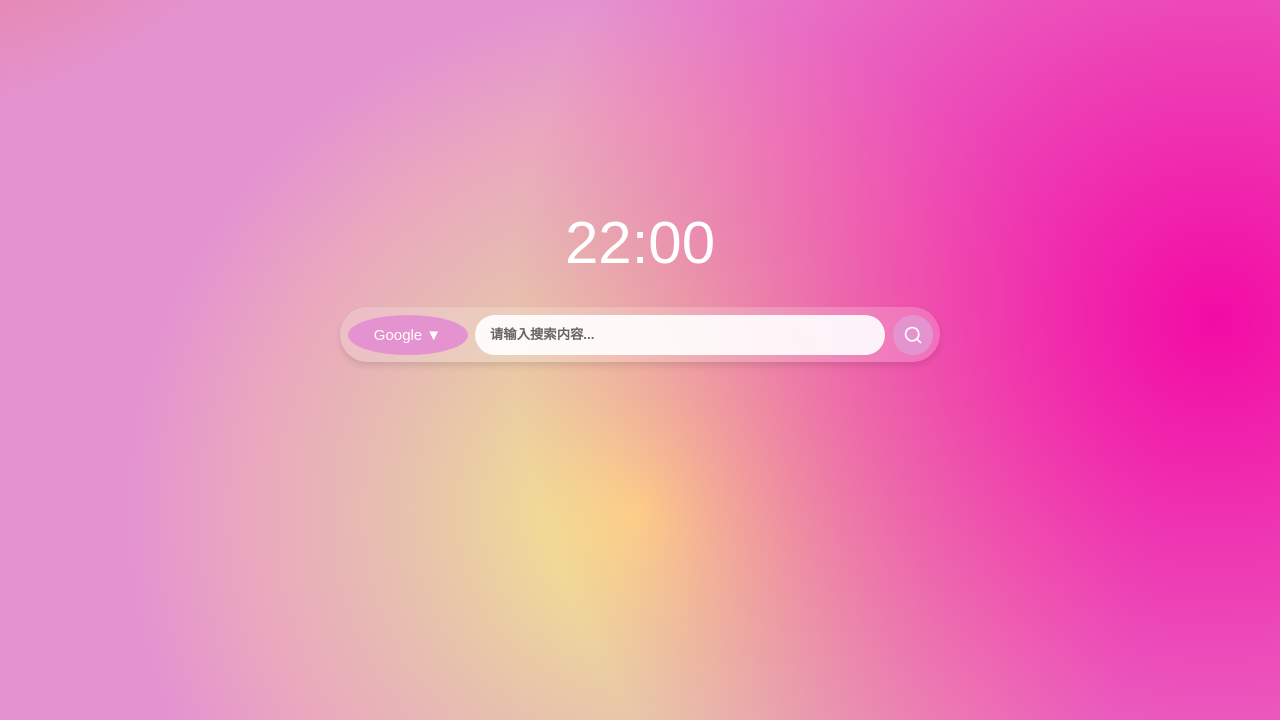
Repository: RADEKWRLD/NaviR
Page: index.html
The author's editor kept a copy of each file at every save. The page is drawn from the files as they stood at one save, then again after the next save.
The browser window is 1280 px wide. The pictures show the whole page.

Above is the page before, as saved 2025-05-23 22:43:39.
Console error: TypeError: Cannot read properties of null (reading 'appendChild')

### index.html
<!DOCTYPE html>
<html lang="en">
<head>
    <meta charset="UTF-8">
    <meta name="viewport" content="width=device-width, initial-scale=1.0">
    <title>Document</title>
    <link rel="stylesheet" href="style.css">
</head>
<body>
    <div id="main">
        <div id="clock"><span>00:00</span></div>

        <div class="search-container">
            <form id="search-form">
                <div class="engine-dropdown">
                    <button type="button" id="engine-btn" class="engine-btn">Google ▼</button>
                    <ul id="engine-menu" class="engine-menu">
                        <li data-value="Google">
                            <!-- Google SVG -->
                            <svg width="20" height="20" viewBox="0 0 48 48"><g><path fill="#4285F4" d="M43.6 20.5H42V20H24v8h11.3C34.7 32.1 30.1 36 24 36c-6.6 0-12-5.4-12-12s5.4-12 12-12c2.7 0 5.2.9 7.2 2.4l6-6C33.5 5.1 28.1 3 24 3 12.9 3 4 11.9 4 23s8.9 20 20 20c11 0 19.7-8 19.7-20 0-1.3-.1-2.7-.3-4z"/><path fill="#34A853" d="M6.3 14.7l6.6 4.8C14.5 16.1 18.9 13 24 13c2.7 0 5.2.9 7.2 2.4l6-6C33.5 5.1 28.1 3 24 3c-7.7 0-14.2 4.4-17.7 10.7z"/><path fill="#FBBC05" d="M24 43c6.1 0 11.2-2 14.9-5.4l-6.9-5.7C30.1 36 25.5 38 24 38c-5.1 0-9.5-3.1-11.1-7.5l-6.6 5.1C9.8 39.6 16.3 43 24 43z"/><path fill="#EA4335" d="M43.6 20.5H42V20H24v8h11.3c-1.1 3.1-4.3 6-7.3 7.5l6.9 5.7C40.2 39.6 44 32.7 44 24c0-1.3-.1-2.7-.4-3.5z"/></g></svg>
                            Google
                        </li>
                        <li data-value="Bing">
                            <!-- 新 Bing SVG -->
                            <svg class="icon" width="20" height="20" viewBox="0 0 1024 1024" version="1.1" xmlns="http://www.w3.org/2000/svg">
                                <path d="M213.333333 770.986667 626.346667 546.986667 512 491.946667 442.453333 332.8 810.666667 452.266667 810.666667 631.466667 382.72 890.453333 213.333333 770.986667 213.333333 133.546667 384 192 384 618.666667 213.333333 770.986667Z"></path>
                            </svg>
                            Bing
                        </li>
                        <li data-value="百度">
                            <!-- 百度 SVG -->
                            <svg xmlns="http://www.w3.org/2000/svg" viewBox="32.482 0 961.665 1077.564" width="20" height="20">
                                <path fill="#3245DF" d="M184.682 538.759c111.177-23.874 96.03-156.737 92.702-185.776-5.445-44.768-58.102-123.02-129.606-116.831-89.98 8.074-103.126 138.052-103.126 138.052-12.17 60.08 29.132 188.452 140.03 164.555zM302.746 769.86c-3.257 9.331-10.517 33.228-4.234 54.03 12.402 46.677 52.912 48.77 52.912 48.77h58.218V730.35h-62.336c-28.016 8.354-41.535 30.157-44.56 39.51zm88.281-453.898c61.406 0 111.037-70.667 111.037-158.04C502.064 70.643 452.433 0 391.027 0c-61.312 0-111.06 70.643-111.06 157.923 0 87.373 49.77 158.04 111.06 158.04zm264.47 10.447c82.068 10.657 134.84-76.925 145.335-143.31 10.703-66.292-42.256-143.288-100.357-156.527-58.218-13.356-130.909 79.904-137.54 140.704-7.912 74.32 10.633 148.593 92.562 159.133zm201.086 390.213s-126.976-98.24-201.11-204.414C555 355.66 412.272 419.37 364.525 498.993 316.987 578.594 242.9 628.947 232.382 642.28c-10.68 13.124-153.385 90.166-121.694 230.87 31.669 140.612 142.939 137.936 142.939 137.936s81.998 8.074 177.12-13.217c95.168-21.104 177.096 5.26 177.096 5.26s222.284 74.435 283.108-68.852c60.754-143.334-34.368-217.654-34.368-217.654zM476.26 929.88H331.739c-62.406-12.449-87.257-55.03-90.398-62.29-3.072-7.376-20.802-41.604-11.425-99.845 26.968-87.257 103.87-93.516 103.87-93.516h76.926v-94.563l65.524 1V929.88zm269.146-1h-166.3c-64.453-16.614-67.455-62.407-67.455-62.407v-183.89l67.455-1.094v165.276c4.119 17.637 26.015 20.825 26.015 20.825h68.525V682.581h71.76v246.297zm235.408-490.99c0-31.76-26.387-127.394-124.23-127.394-98.008 0-111.108 90.258-111.108 154.06 0 60.894 5.142 145.894 126.883 143.195 121.788-2.7 108.455-137.936 108.455-169.86zm0 0"/>
                            </svg>
                            百度
                        </li>
                        <li data-value="必应中国">
                            <!-- 新必应中国 SVG（同 Bing） -->
                            <svg class="icon" width="20" height="20" viewBox="0 0 1024 1024" version="1.1" xmlns="http://www.w3.org/2000/svg">
                                <path d="M213.333333 770.986667 626.346667 546.986667 512 491.946667 442.453333 332.8 810.666667 452.266667 810.666667 631.466667 382.72 890.453333 213.333333 770.986667 213.333333 133.546667 384 192 384 618.666667 213.333333 770.986667Z"></path>
                            </svg>
                            必应中国
                        </li>
                        <li data-value="GitHub">
                            <!-- GitHub SVG -->
                            <svg width="20" height="20" viewBox="0 0 24 24"><path fill="#181717" d="M12 2C6.48 2 2 6.58 2 12.26c0 4.5 2.87 8.32 6.84 9.67.5.09.68-.22.68-.48 0-.24-.01-.87-.01-1.7-2.78.62-3.37-1.36-3.37-1.36-.45-1.17-1.1-1.48-1.1-1.48-.9-.63.07-.62.07-.62 1 .07 1.53 1.05 1.53 1.05.89 1.56 2.34 1.11 2.91.85.09-.66.35-1.11.63-1.37-2.22-.26-4.56-1.14-4.56-5.07 0-1.12.39-2.03 1.03-2.75-.1-.26-.45-1.3.1-2.7 0 0 .84-.28 2.75 1.05A9.38 9.38 0 0 1 12 6.84c.85.004 1.71.12 2.51.35 1.91-1.33 2.75-1.05 2.75-1.05.55 1.4.2 2.44.1 2.7.64.72 1.03 1.63 1.03 2.75 0 3.94-2.34 4.81-4.57 5.07.36.32.68.94.68 1.9 0 1.37-.01 2.47-.01 2.8 0 .27.18.58.69.48A10.01 10.01 0 0 0 22 12.26C22 6.58 17.52 2 12 2Z"/></svg>
                            GitHub
                        </li>
                        <li data-value="知乎">
                            <!-- 知乎 SVG（简化版） -->
                            <svg width="20" height="20" viewBox="0 0 48 48"><rect x="8" y="8" width="32" height="32" rx="6" fill="#0084ff"/><text x="24" y="32" text-anchor="middle" font-size="18" fill="#fff" font-family="Arial">知</text></svg>
                            知乎
                        </li>
                    </ul>
                </div>
                <input type="text" id="search-input" placeholder="请输入搜索内容...">
                <button type="submit" class="search-icon">
                    <svg xmlns="http://www.w3.org/2000/svg" width="20" height="20" viewBox="0 0 24 24" fill="none" stroke="currentColor" stroke-width="2" stroke-linecap="round" stroke-linejoin="round">
                        <circle cx="11" cy="11" r="8"></circle>
                        <line x1="21" y1="21" x2="16.65" y2="16.65"></line>
                    </svg>
                </button>
            </form>
        </div>
    </div>




    <script src="main/script.js"></script>
</body>
</html>

### style.css
:root {
    font-size: 15px;
}

body {
    font-family: 'Quicksand', sans-serif;
    margin: 0;
    min-height: 100vh;
    background-color: #e493d0;
    background-image:
        radial-gradient(closest-side, rgba(235, 105, 78, 1), rgba(235, 105, 78, 0)),
        radial-gradient(closest-side, rgba(243, 11, 164, 1), rgba(243, 11, 164, 0)),
        radial-gradient(closest-side, rgba(254, 234, 131, 1), rgba(254, 234, 131, 0)),
        radial-gradient(closest-side, rgba(170, 142, 245, 1), rgba(170, 142, 245, 0)),
        radial-gradient(closest-side, rgba(248, 192, 147, 1), rgba(248, 192, 147, 0));
    background-size:
        130vmax 130vmax,
        80vmax 80vmax,
        90vmax 90vmax,
        110vmax 110vmax,
        90vmax 90vmax;
    background-position:
        -80vmax -80vmax,
        60vmax -30vmax,
        10vmax 10vmax,
        -30vmax -10vmax,
        50vmax 50vmax;
    background-repeat: no-repeat;
    animation: 10s movement linear infinite;
}

@keyframes movement {
    0%, 100% {
        background-size:
            130vmax 130vmax,
            80vmax 80vmax,
            90vmax 90vmax,
            110vmax 110vmax,
            90vmax 90vmax;
        background-position:
            -80vmax -80vmax,
            60vmax -30vmax,
            10vmax 10vmax,
            -30vmax -10vmax,
            50vmax 50vmax;
    }
    25% {
        background-size:
            100vmax 100vmax,
            90vmax 90vmax,
            100vmax 100vmax,
            90vmax 90vmax,
            60vmax 60vmax;
        background-position:
            -60vmax -90vmax,
            50vmax -40vmax,
            0vmax -20vmax,
            -40vmax -20vmax,
            40vmax 60vmax;
    }
    50% {
        background-size:
            80vmax 80vmax,
            110vmax 110vmax,
            80vmax 80vmax,
            60vmax 60vmax,
            80vmax 80vmax;
        background-position:
            -50vmax -70vmax,
            40vmax -30vmax,
            10vmax 0vmax,
            20vmax 10vmax,
            30vmax 70vmax;
    }
    75% {
        background-size:
            90vmax 90vmax,
            90vmax 90vmax,
            100vmax 100vmax,
            90vmax 90vmax,
            70vmax 70vmax;
        background-position:
            -50vmax -40vmax,
            50vmax -30vmax,
            20vmax 0vmax,
            -10vmax 10vmax,
            40vmax 60vmax;
    }
}

#main{
    transition: all 0.3s ease;
    transform: translateY(-5rem);
    display: flex;
    flex-direction: column;
    align-items: center;
    justify-content: center;
    height: 100vh;
}

#clock{
    font-size: 4rem;
    color: #fff;
}

.search-container {
    margin-top: 2rem;
    width: 100%;
    max-width: 600px;
    padding: 0 1rem;
}

#search-form {
    display: flex;
    gap: 0.5rem;
    background: rgba(255, 255, 255, 0.2);
    padding: 0.5rem;
    border-radius: 50px;
    backdrop-filter: blur(10px);
    box-shadow: 0 4px 6px rgba(0, 0, 0, 0.1);
}

.search-engine {
    padding: 0.5rem 1rem;
    border: none;
    border-radius: 25px;
    background: rgba(255, 255, 255, 0.9);
    color: #333;
    font-family: 'Quicksand', sans-serif;
    cursor: pointer;
    outline: none;
    appearance: none;
    -webkit-appearance: none;
    -moz-appearance: none;
    background-image: url("data:[embedded picture, 252 characters]");
    background-repeat: no-repeat;
    background-position: right 0.7rem center;
    background-size: 1em;
    padding-right: 2.5rem;
    min-width: 120px;
    transition: all 0.3s ease;
}

.search-engine:hover {
    background-color: rgba(255, 255, 255, 1);
    box-shadow: 0 2px 4px rgba(0, 0, 0, 0.1);
}

.search-engine:focus {
    box-shadow: 0 0 0 2px rgba(228, 147, 208, 0.3);
}

/* 自定义下拉选项样式 */
.search-engine option {
    background: white;
    color: #333;
    padding: 0.8rem;
    font-family: 'Quicksand', sans-serif;
}

/* 为不同浏览器添加样式支持 */
.search-engine::-ms-expand {
    display: none;
}

#search-input {
    flex: 1;
    padding: 0.5rem 1rem;
    border: none;
    border-radius: 25px;
    background: rgba(255, 255, 255, 0.9);
    color: #333;
    font-family: 'Quicksand', sans-serif;
    outline: none;
}

#search-input::placeholder {
    color: #666;
    font-weight: bolder;
}

#search-form button {
    padding: 0.5rem;
    border: none;
    border-radius: 50%;
    background: #e493d0;
    color: white;
    font-family: 'Quicksand', sans-serif;
    cursor: pointer;
    transition: all 0.3s ease;
    display: flex;
    align-items: center;
    justify-content: center;
    width: 40px;
    height: 40px;
}

#search-form button:hover {
    background: #d17dbd;
    transform: scale(1.05);
}

#search-form button svg {
    width: 20px;
    height: 20px;
}

.engine-dropdown {
    position: relative;
}

.engine-btn {
    padding: 0.5rem 1.5rem;
    border: none;
    border-radius: 25px;
    background: rgba(255, 255, 255, 0.9);
    color: #333;
    font-family: 'Quicksand', sans-serif;
    cursor: pointer;
    outline: none;
    min-width: 120px;
    font-size: 1rem;
    height: 40px;
    display: flex;
    align-items: center;
    justify-content: center;
    transition: background 0.2s;
}

.engine-btn:hover, .engine-btn:focus {
    background: #fff;
    box-shadow: 0 2px 4px rgba(0,0,0,0.08);
}

.engine-menu {
    display: none;
    position: absolute;
    top: 110%;
    left: 0;
    z-index: 10;
    background: #fff;
    border-radius: 16px;
    box-shadow: 0 8px 24px rgba(0,0,0,0.12);
    list-style: none;
    margin: 0;
    padding: 0.5rem 0;
    min-width: 140px;
    font-family: 'Quicksand', sans-serif;
}

.engine-menu.show {
    display: block;
}

.engine-menu li {
    padding: 0.6rem 1.2rem;
    cursor: pointer;
    transition: background 0.2s;
    color: #333;
    border: none;
    background: none;
    font-size: 1rem;
}

.engine-menu li:hover {
    background: #e493d0;
    color: #fff;
}

.engine-menu li svg {
    margin-right: 0.5em;
    vertical-align: middle;
}

### main/script.js
//更新时间
function updateTime() {
    const now = new Date();
    const hours = String(now.getHours()).padStart(2, '0');
    const minutes = String(now.getMinutes()).padStart(2, '0');
    const timeString = `${hours}:${minutes}`;
    document.getElementById('clock').textContent = timeString;
}

// 搜索引擎配置
const searchEngines = {
    google: {
        name: 'Google',
        url: 'https://www.google.com/search?q='
    },
    bing: {
        name: 'Bing',
        url: 'https://www.bing.com/search?q='
    },
    baidu: {
        name: '百度',
        url: 'https://www.baidu.com/s?wd='
    },
    bingcn: {
        name: '必应中国',
        url: 'https://cn.bing.com/search?q='
    },
    github: {
        name: 'GitHub',
        url: 'https://github.com/search?q='
    },
    zhihu: {
        name: '知乎',
        url: 'https://www.zhihu.com/search?q='
    }
};

// 1. 搜索引擎的搜索URL模板
const engineSearchUrls = {
    "Google": "https://www.google.com/search?q=",
    "Bing": "https://www.bing.com/search?q=",
    "百度": "https://www.baidu.com/s?wd=",
    "必应中国": "https://cn.bing.com/search?q=",
    "GitHub": "https://github.com/search?q=",
    "知乎": "https://www.zhihu.com/search?type=content&q="
};

// 2. 当前选中的引擎，默认Google
let currentEngine = "Google";

// 初始化搜索功能
function initSearch() {
    const searchForm = document.getElementById('search-form');
    const searchInput = document.getElementById('search-input');
    const searchEngine = document.getElementById('search-engine');

    // 动态添加搜索引擎选项
    for (const [key, engine] of Object.entries(searchEngines)) {
        const option = document.createElement('option');
        option.value = key;
        option.textContent = engine.name;
        searchEngine.appendChild(option);
    }

    searchForm.addEventListener('submit', function(e) {
        e.preventDefault();
        const searchTerm = searchInput.value.trim();
        if (searchTerm) {
            const engine = searchEngine.value;
            const searchUrl = searchEngines[engine].url + encodeURIComponent(searchTerm);
            window.location.href = searchUrl;
        }
    });
}

// 搜索引擎下拉菜单逻辑
const engineBtn = document.getElementById('engine-btn');
const engineMenu = document.getElementById('engine-menu');

engineBtn.addEventListener('click', function(e) {
    e.preventDefault();
    engineMenu.classList.toggle('show');
});

// 3. 监听菜单点击，切换引擎
document.querySelectorAll('#engine-menu li').forEach(li => {
    li.addEventListener('click', function() {
        const name = this.getAttribute('data-value');
        currentEngine = name;
        engineBtn.textContent = name + ' ▼';
        engineMenu.classList.remove('show');
    });
});

// 点击外部关闭菜单
document.addEventListener('click', function(e) {
    if (!engineBtn.contains(e.target) && !engineMenu.contains(e.target)) {
        engineMenu.classList.remove('show');
    }
});

// 监听表单提交
document.getElementById('search-form').addEventListener('submit', function(e) {
    e.preventDefault(); // 阻止表单默认提交
    const keyword = document.getElementById('search-input').value.trim();
    if (!keyword) return;
    const url = engineSearchUrls[currentEngine] + encodeURIComponent(keyword);
    window.location.href = url; // 新标签页打开
});

function init() {
    updateTime();
    setInterval(updateTime, 1000);
    // 搜索框事件监听
    initSearch();
}
init();

After the next save:
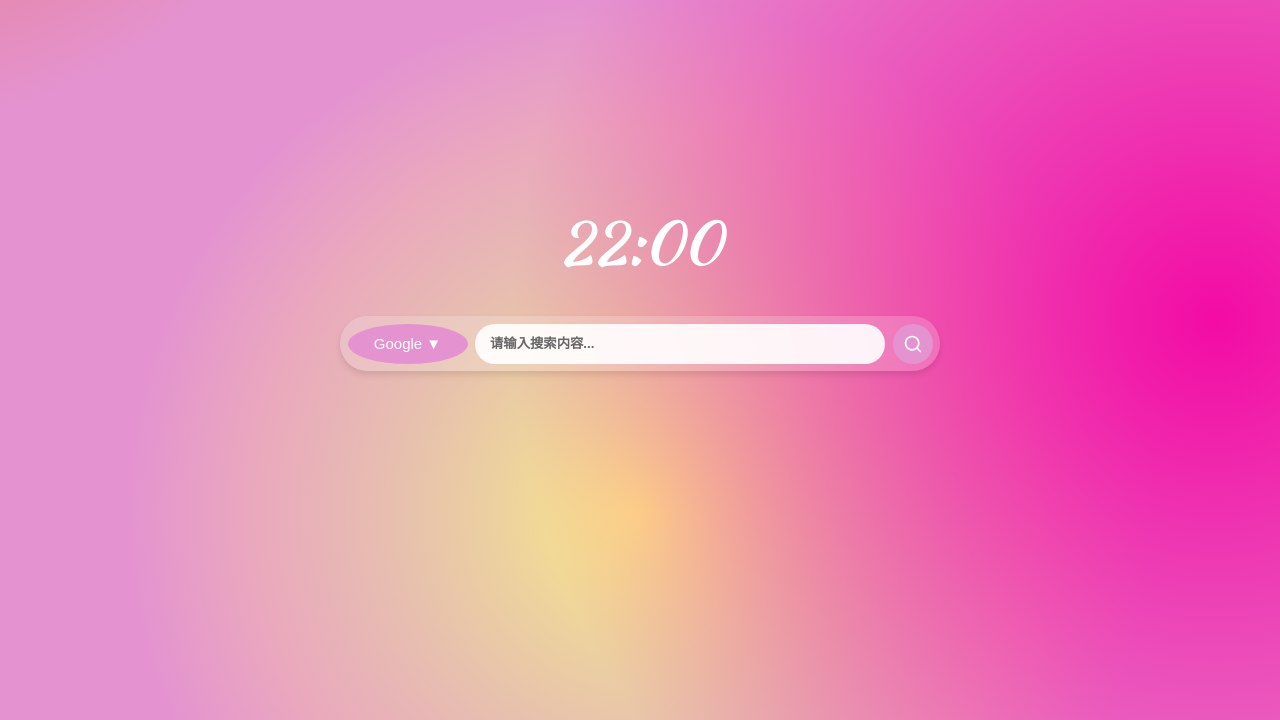
Saved 75 s later.
--- a/style.css
+++ b/style.css
@@ -1,3 +1,8 @@
+@font-face {
+    font-family: 'Kaushan Script';
+    src: url('public/Kaushan_Script/KaushanScript-Regular.ttf') format('truetype');
+}
+
 :root {
     font-size: 15px;
 }
@@ -101,6 +106,7 @@ body {
 #clock{
     font-size: 4rem;
     color: #fff;
+    font-family: 'Kaushan Script', cursive;
 }
 
 .search-container {
